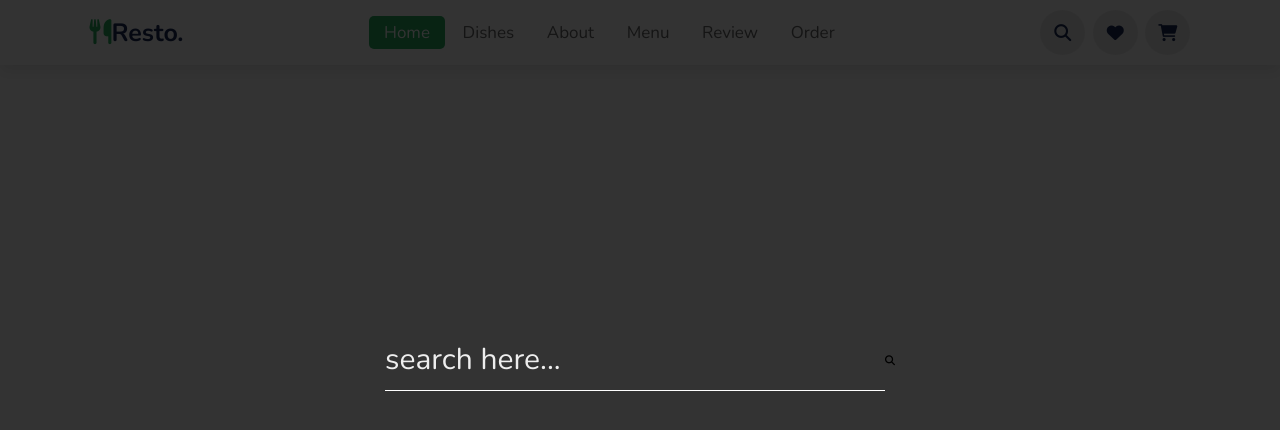
Repository: CarsonDev1/FoodWeb
Page: index.html
An editor plug-in stored every save of this project. The page is shown before and after the next save, followed by the edit.
The browser window is 1280 px wide. The pictures show the whole page.
Some web libraries are served in a nearby version.

Above is the page before, as saved 2022-05-18 18:36:12.

After the next save:
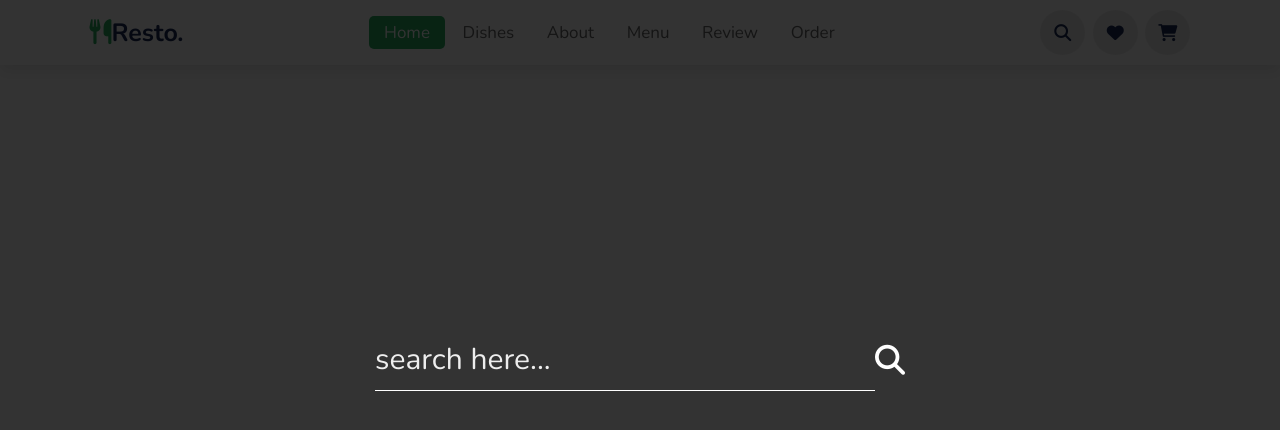
Saved 11 s later.
--- a/css/style.css
+++ b/css/style.css
@@ -103,7 +103,7 @@ header .icons #menu-bars {
 #search-form #search-box::-webkit-search-cancel-button {
   -webkit-appearance: none;
 }
-#search-form labale {
+#search-form label {
   color: #fff;
   cursor: pointer;
   font-size: 3rem;
